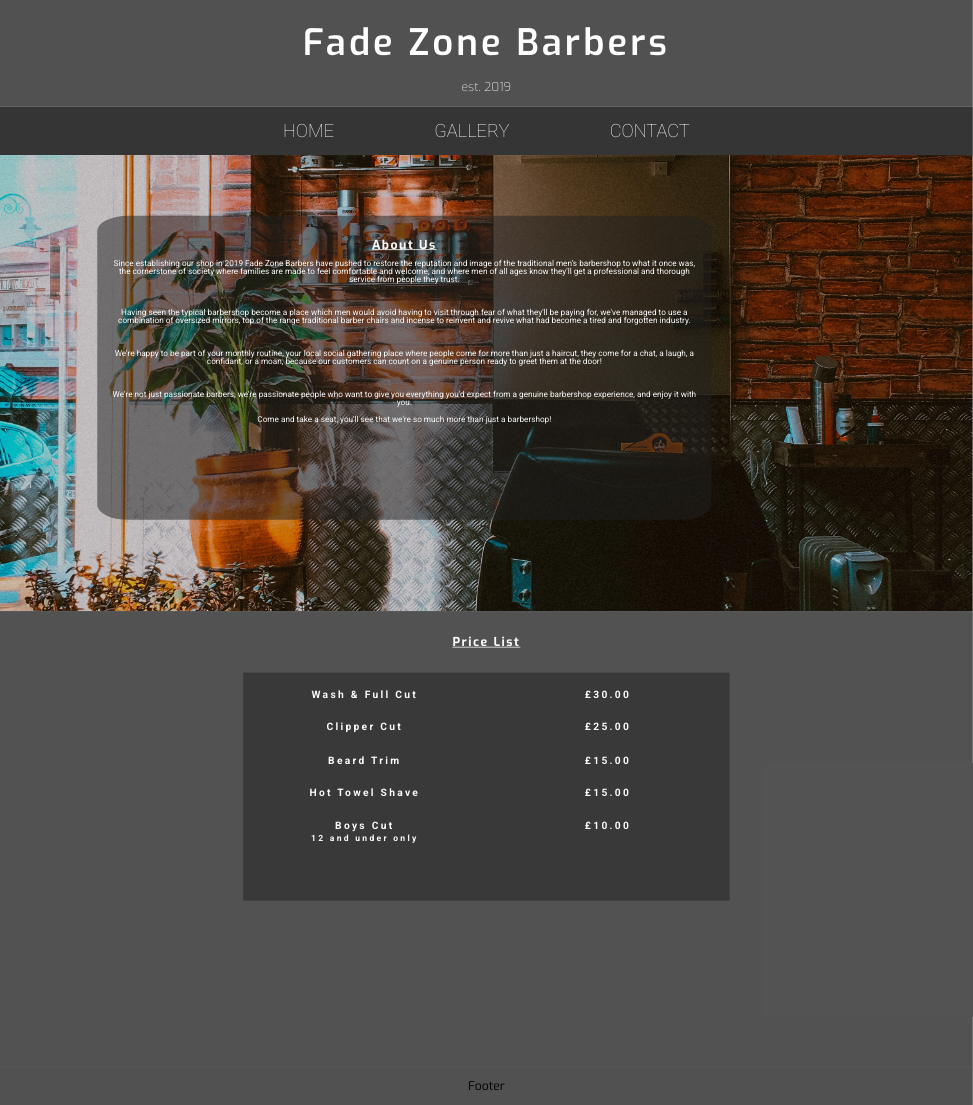
Repository: Boofy360/fade-zone-barbers
Page: index.html
The author's editor kept a record of every edit. The page is drawn from the files as they stood at one moment, then again after the next edit.
The browser window is 1280 px wide. The pictures show the whole page, at 76% of full size.

Above is the page before.

### index.html
<!DOCTYPE html>
<html lang="en">

<head>
    <meta charset="UTF-8">
    <meta name="viewport" content="width=device-width, initial-scale=1.0">
    <meta http-equiv="X-UA-Compatible" content="ie=edge">
    <link rel="stylesheet" href="assets/css/style.css" type="text/css" />
    <link rel="stylesheet" href="https://maxcdn.bootstrapcdn.com/font-awesome/4.7.0/css/font-awesome.min.css" type="text/css" />
    <link rel="stylesheet" href="https://cdnjs.cloudflare.com/ajax/libs/hover.css/2.3.1/css/hover-min.css" type="text/css" />
    <title>Document</title>
</head>

<body>
    <header>
        <div id="heading">
            <h1>Fade Zone Barbers</h1>
            <h2>est. 2019</h2>
            <!----------Figure out how to center---------->
        </div>
    </header>
    <nav>
        <ul id="navbar">
            <li>
                <a href="#">Home</a>
            </li>
            <li>
                <a href="#">Gallery</a>
            </li>
            <li>
                <a href="#">Contact</a>
            </li>
        </ul>
    </nav>
    <section>
        <div id="hero-outer">
            <div id="hero-image">
                <div id="cover-text">
                    <h2>About Us</h3>
                        <p>Since establishing our shop in 2019 Fade Zone Barbers have pushed to restore the reputation and image of the traditional men’s barbershop to what it once was, the cornerstone of society where families are made to feel comfortable
                            and welcome, and where men of all ages know they'll get a professional and thorough service from people they trust.</p><br>
                        <p>Having seen the typical barbershop become a place which men would avoid having to visit through fear of what they'll be paying for, we've managed to use a combination of oversized mirrors, top of the range traditional barber chairs
                            and incense to reinvent and revive what had become a tired and forgotten industry.</p><br>
                        <p>We're happy to be part of your monthly routine, your local social gathering place where people come for more than just a haircut, they come for a chat, a laugh, a confidant, or a moan, because our customers can count on a genuine
                            person ready to greet them at the door!</p><br>
                        <p>We're not just passionate barbers, we're passionate people who want to give you everything you'd expect from a genuine barbershop experience, and enjoy it with you.</p>
                        <p>Come and take a seat, you'll see that we're so much more than just a barbershop!
                        </p>
                </div>
            </div>
        </div>
    </section>
    <section id="prices">
            <h2>Price List</h2>
            <div id="prices-list">
                <div id="left-content">
                    <p>Wash & Full Cut</p>
                    <p>Clipper Cut</p>
                    <p>Beard Trim</p>
                    <p>Hot Towel Shave</p>
                    <p>Boys Cut<br><small>12 and under only</small></p>
                </div>
                <div id="right-content">
                    <p>£30.00</p>
                    <p>£25.00</p>
                    <p>£15.00</p>
                    <p>£15.00</p>
                    <p>£10.00</p>
                </div>
            </div>
    </section>
    <footer>
        Footer
    </footer>
</body>

</html>

### assets/css/style.css
@import url('https://fonts.googleapis.com/css?family=Roboto:100,200,300,400,500,600,700|Exo:100,200,300,400,500,600,700');

/*--------------------------------------------Special paddings/margins/text*/

body {
    margin: 0;
    padding: 0;
    border: 0;
}

a:link {
    text-decoration: none!important;
}

/*--------------------------------------------Header*/

header {
    background-color: rgba(8, 8, 8, 0.7);
    font-family: "Exo", sans-serif;
    line-height: 50px;
    text-align: center;
}

#heading h1 {
    font-size: 300%;
    letter-spacing: 4px;
    color: #fff;
    font-weight: 600;
    margin: 0;
    padding: 32px 0 8px;
}

#heading h2 {
    font-size: 100%;
    color: #fafafa;
    font-weight: 200;
    margin: 0;
}

/*--------------------------------------------Navbar*/

#navbar {
    background-color: rgba(32, 32, 32, 0.9);
    list-style-type: none;
    margin: 0;
    padding: 0;
    float: none;
    text-align: center
}

#navbar li {
    display: inline-block;
}

#navbar li a {
    font-family: "Roboto", sans-serif;
    color: #fafafa;
    font-size: 150%;
    font-weight: 100;
    text-transform: uppercase;
    padding: 0 64px;
    text-decoration: none;
    display: inline;
    line-height: 64px;
    transition: all 0.35s ease-in-out;
    -moz-transition: all 0.35s ease-in-out;
    -webkit-transition: all 0.35s ease-in-out;
    -o-transition: all 0.35s ease-in-out;
}

#navbar li a:hover {
    color: #ffdf00;
}

/*--#navbar li a:active {
    border-bottom: 5px double #ffdf00;
}*/

/*--------------------------------------------About Us*/

#hero-image {
    background-image: linear-gradient(rgba(0, 0, 0, 0.2), rgba(0, 0, 0, 0.2)), url("../images/salon-chair-background.jpg");
    height: 600px;
    background-position: center;
    background-repeat: no-repeat;
    background-size: cover;
    position: relative;
}


#hero-outer {
    height: 600px;
    width: 100%;
    overflow: hidden;
}

#cover-text h2 {
    letter-spacing: 2px;
    font-family: "Exo", sans-serif;
    text-decoration: underline;


}

#cover-text {
    background-color: rgba(32, 32, 32, 0.5);
    font-family: "Roboto", sans-serif;
    font-size: 1.5vh;
    text-align: center;
    color: #fafafa;
    line-height: 100%;
    width: 60%;
    height: 60%;
    border-radius: 5%;
    padding: 20px 20px;
    bottom: 20%;
    left: 10%;
    position: absolute;
    margin: 0 auto;
}

/*--------------------------------------------Prices*/

#prices {
    background-color: rgba(64, 64, 64, 0.9);
    font-family: "Roboto", sans-serif;
    font-size: 1.5vh;
    text-align: center;
    color: #fafafa;
    width: 100%;
    height: 600px;
    position: relative;
}

#prices h2 {
    text-align: center;
    letter-spacing: 2px;
    font-family: "Exo", sans-serif;
    text-decoration: underline;
    padding: 30px 0;
    margin: 0;
}


#prices-list {
    background-color: rgba(32, 32, 32, 0.5);
    position: absolute;
    width: 50%;
    height: 50%;
    left: 25%;
    line-height: 150%;
    display: inline-block;
}

#left-content {
    float:left;
    width: 50%;
}

#right-content {
    float:right;
    width: 50%;
}

#left-content p,
#right-content p {
    font-size: 1.25em;
    letter-spacing: 3px;
    font-weight: 700;
    padding: 0.5em;

}

/*--------------------------------------------Footer*/

footer {
    background-color: rgba(8, 8, 8, 0.7);
    font-family: "Exo", sans-serif;
    line-height: 50px;
    text-align: center;
}

#social-networks {
    margin: 0;
}

#social-networks li {
    display: inline;
}

After the next edit:
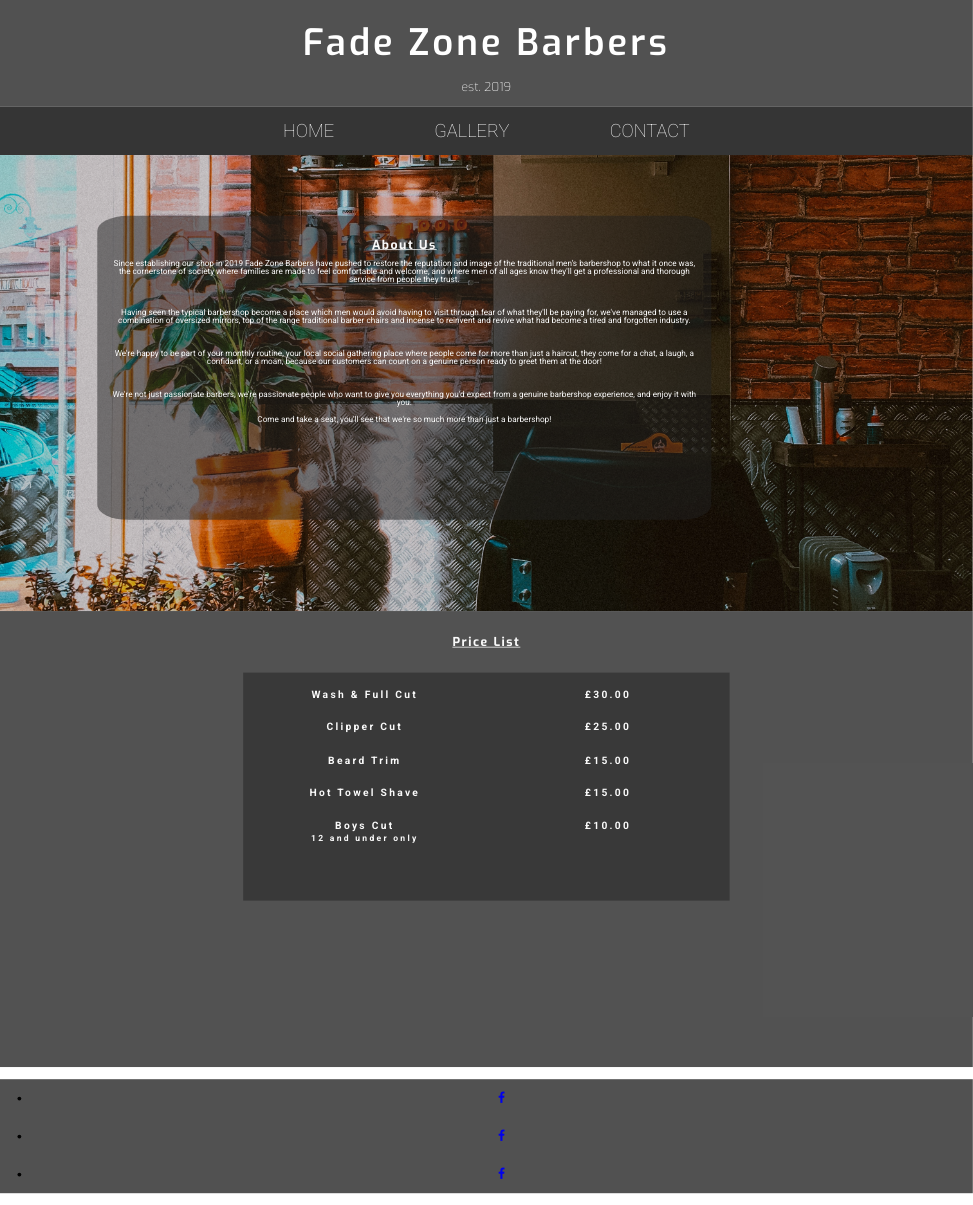
The edit:
--- a/index.html
+++ b/index.html
@@ -70,7 +70,11 @@
             </div>
     </section>
     <footer>
-        Footer
+        <ul>
+            <li><a href="https://!!!" target="_blank"><i class="fa fa-facebook"></i></a></li>
+            <li><a href="https://!!!" target="_blank"><i class="fa fa-facebook"></i></a></li>
+            <li><a href="https://!!!" target="_blank"><i class="fa fa-facebook"></i></a></li>
+        </ul>
     </footer>
 </body>
 
